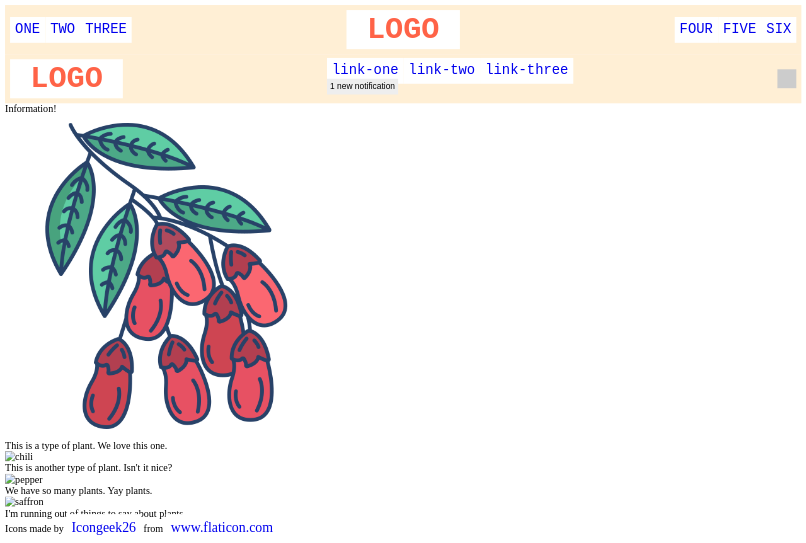
Repository: HeliosAI9/First-test-website
Page: mywebsite/html-boilerplate/pages/flex.html
These files come from the project's save history. The page is drawn as it stood at one moment and after the next save; the edit follows.
The browser window is 1280 px wide. The pictures show the whole page, at 63% of full size.
Some web fonts or font styles are not loaded; a fallback is used.

Above is the page before, as saved 2023-06-03 01:14:14.
Not found: mywebsite/html-boilerplate/pages/images/chilli.png
Not found: mywebsite/html-boilerplate/pages/images/pepper.png
Not found: mywebsite/html-boilerplate/pages/images/saffron.png

After the next save:
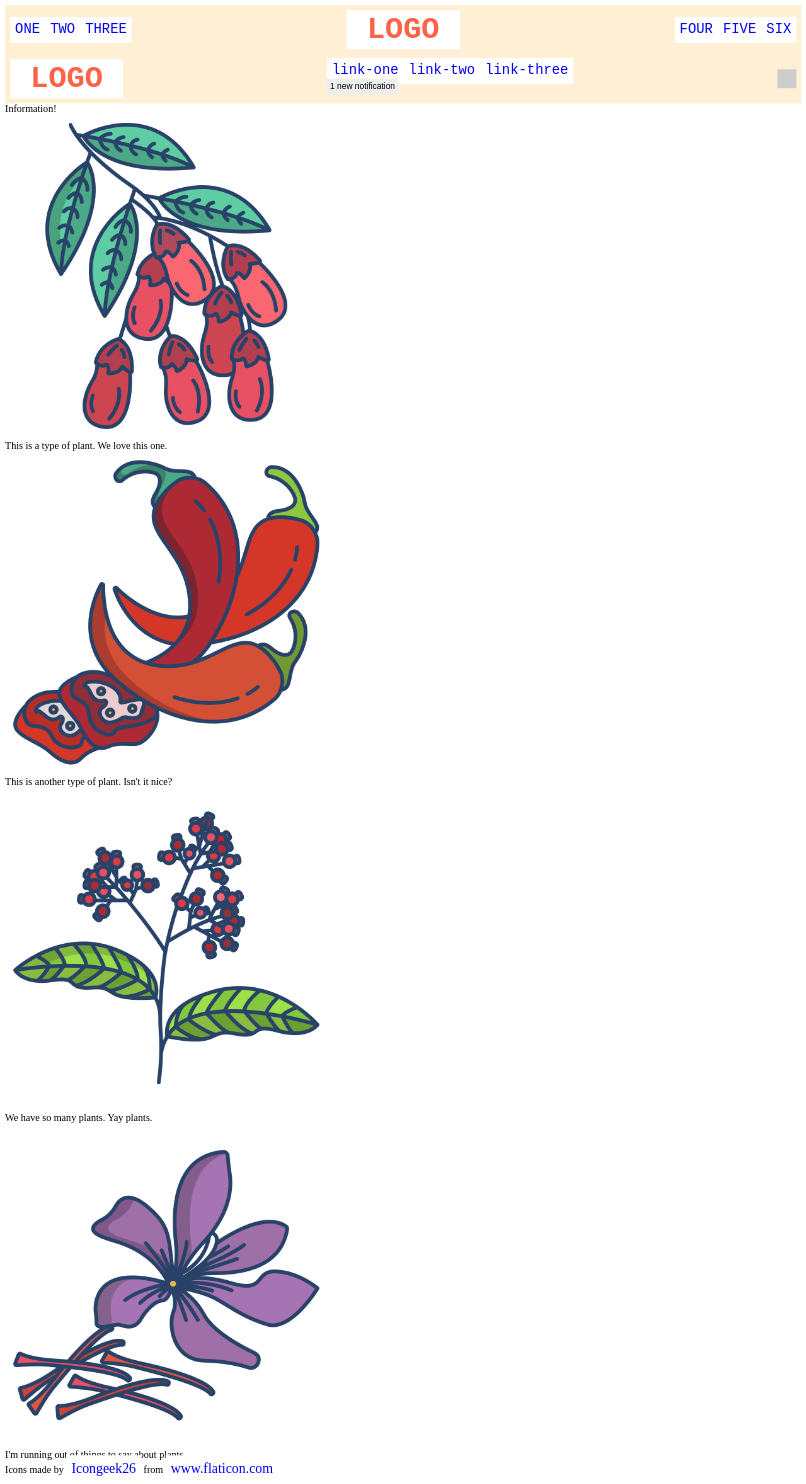
Saved 10 s later.
--- a/mywebsite/html-boilerplate/pages/flex.html
+++ b/mywebsite/html-boilerplate/pages/flex.html
@@ -48,13 +48,13 @@
 
     <img src="../images/barberry.png" alt="barberry">
     <div class="text">This is a type of plant. We love this one.</div>
-    <img src="./images/chilli.png" alt="chili">
+    <img src="../images/chilli.png" alt="chili">
     <div class="text">This is another type of plant. Isn't it nice?</div>
 
-    <img src="./images/pepper.png" alt="pepper">
+    <img src="../images/pepper.png" alt="pepper">
     <div class="text">We have so many plants. Yay plants.</div>
 
-    <img src="./images/saffron.png" alt="saffron">
+    <img src="../images/saffron.png" alt="saffron">
     <div class="text">I'm running out of things to say about plants.</div>
 
     <!-- disregard this section, it's here to give attribution to the creator of these icons -->
